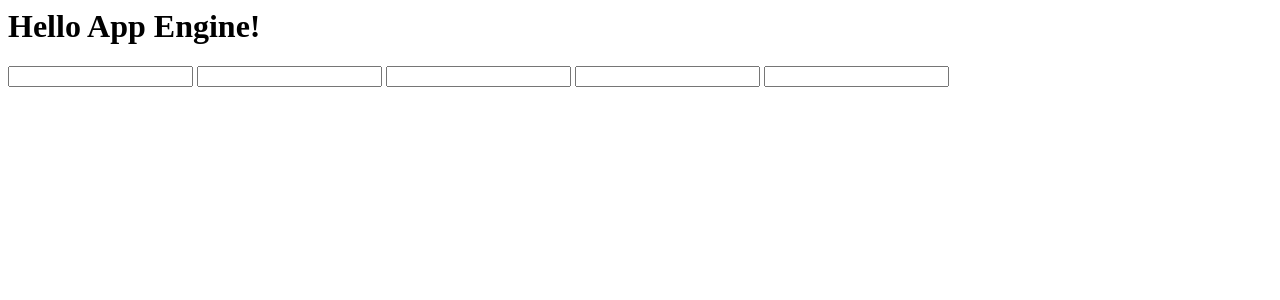
Repository: aneeshsingh/workspace
Page: analytics/war/index.html
The author's editor kept a copy of each file at every save. The page is drawn from the files as they stood at one save, then again after the next save.
The browser window is 1280 px wide. The pictures show the whole page.

Above is the page before, as saved 2016-03-06 23:49:18.

After the next save:
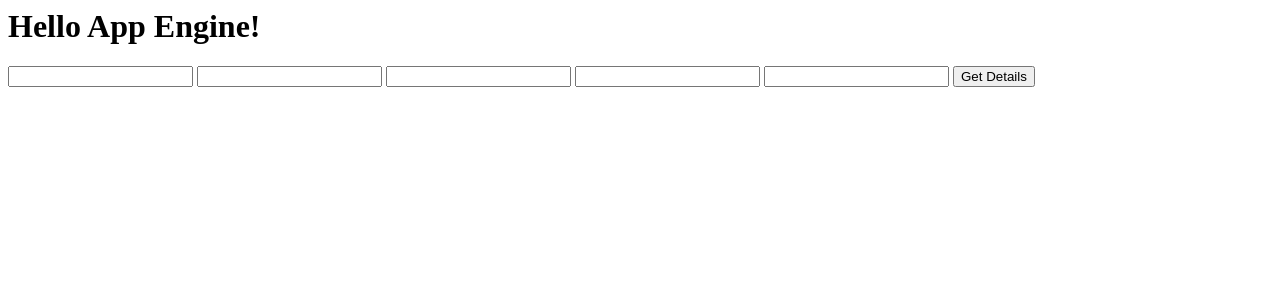
Saved 27 s later.
--- a/analytics/war/index.html
+++ b/analytics/war/index.html
@@ -23,7 +23,7 @@
 			<input type="text" name="url" id="url" />
 			<input type="text" name="action" id="action" />
 
-
+			<input type="submit" value="Get Details" />
 	</form>
   </body>
 </html>
